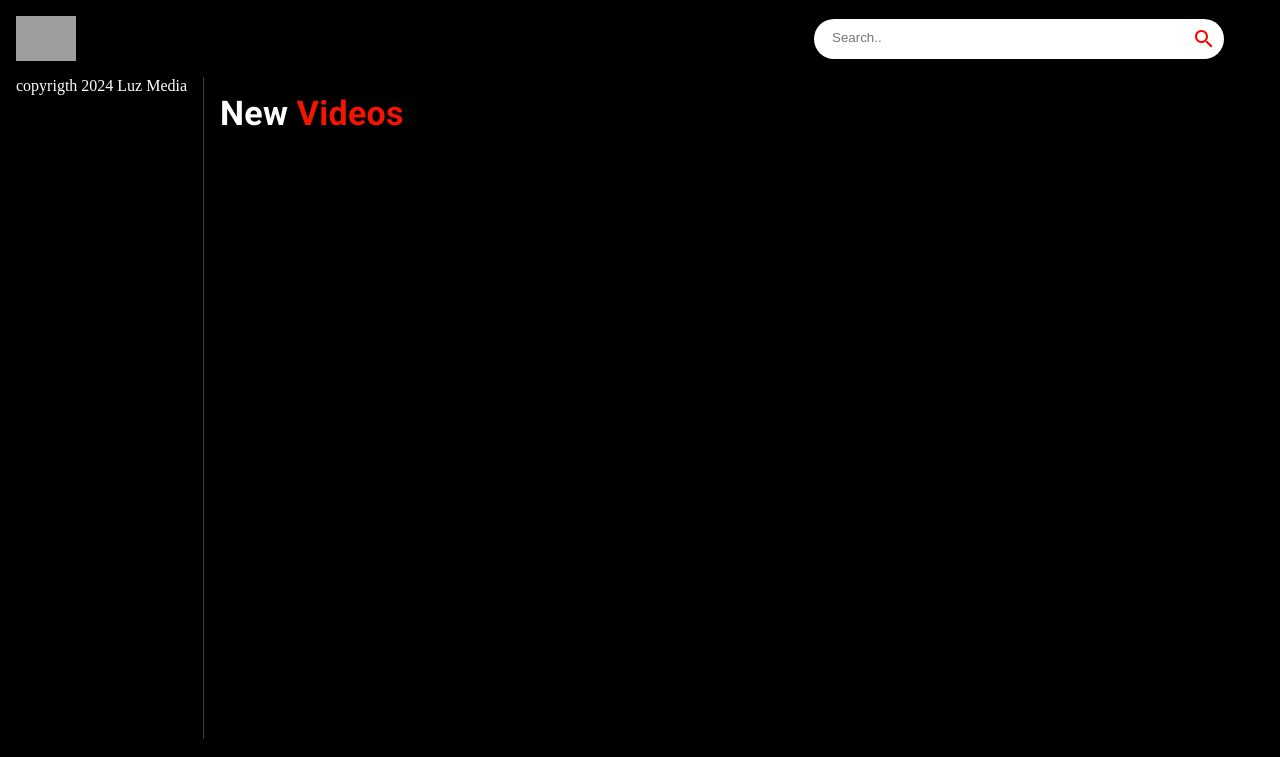
Repository: Arteinsana7/youtube_clone
Page: /
The author's editor kept a copy of each file at every save. The page is drawn from the files as they stood at one save, then again after the next save.
The browser window is 1280 px wide. The pictures show the whole page.
Pictures or frames that could not be fetched are drawn as grey boxes. The page's requests for data from a server got no answer. The project was rebuilt for these pictures with package versions that can differ from the ones it lists, and the page was loaded fresh each time. No one was signed in, and anything a server would have sent is missing. Also part of the build but not shown: src/components/ChannelDetail.jsx, src/components/SearchFeed.jsx, src/components/VideoDetail.jsx.

Above is the page before, as saved 2024-06-04 14:36:16.

### public/index.html
<!DOCTYPE html>
<html lang="en">
  <head>
    <meta charset="utf-8" />
    <link rel="icon" href="%PUBLIC_URL%/favicon.ico" />
    <meta name="viewport" content="width=device-width, initial-scale=1" />
    <meta name="theme-color" content="#000000" />
    <meta
      name="description" content="Web site created using create-react-app"
    />
    <link rel="apple-touch-icon" href="%PUBLIC_URL%/logo192.png" />
    <link rel="manifest" href="%PUBLIC_URL%/manifest.json" />
    <link rel="preconnect" href="https://fonts.googleapis.com" />
    <link rel="preconnect" href="https://fonts.gstatic.com" crossorigin />
    <link
      rel="stylesheet"
      href="https://fonts.googleapis.com/css2?family=Roboto:wght@300;400;500;700&display=swap"
    />
    <link
  rel="stylesheet"
  href="https://fonts.googleapis.com/icon?family=Material+Icons"
/>
    <title>React App</title>
  </head>
  <body>
    <noscript>You need to enable JavaScript to run this app.</noscript>
    <div id="root"></div>
  </body>
</html>

### src/App.js
import { BrowserRouter, Routes, Route } from "react-router-dom";
import { Box } from "@mui/material";

import {
  Navbar,
  Feed,
  VideoDetail,
  ChannelDetail,
  SearchFeed,
} from "./components";

const App = () => (
  <BrowserRouter>
    <Box sx={{ backgroundColor: "#000" }}>
      <Navbar />
      <Routes>
        <Route path="/" exact element={<Feed />} />
        <Route path="/video / :id" element={<VideoDetail />} />
        <Route path="/channel / :id" element={<ChannelDetail />} />
        <Route path="/search / :searchTerm" element={<SearchFeed />} />
      </Routes>
    </Box>
  </BrowserRouter>
);

export default App;

### src/components/index.js
export { default as Navbar } from "./Navbar";
export { default as Feed } from "./Feed";
export { default as ChannelDetail } from "./ChannelDetail";
export { default as SearchFeed } from "./SearchFeed";
export { default as VideoDetail } from "./VideoDetail";
export { default as SearchBar } from "./SearchBar";
export { default as SideBar } from "./SideBar";
export { default as Videos } from "./Videos";

### src/components/Navbar.jsx
import { Stack } from '@mui/material';
import { Link } from 'react-router-dom';
import { logo } from '../utils/constants';
import  SearchBar from './SearchBar';
import  SideBar from './SideBar';


const Navbar = () => (
<Stack direction= "row"
alignItems="center"
p={2}
sx= {{ position:'sticky',background : '#000',top :0, justifyContent:'space-between' }}>
<Link to= "/" style={{display: 'flex', alignItems: 'center'}}>
    <img src={logo} alt="logo" height={45} />
    </Link>
    <SearchBar/>
</Stack>
  )


export default Navbar

### src/components/Feed.jsx
import { useState, useEffect} from 'react';
import { Box, Stack, Typography  } from '@mui/material';
import {SideBar, Videos} from './'

import { fetchFromAPI } from '../utils/fetchFromAPI';



const Feed = () => {
const [selectedCategory, setSelectedCategory] = useState
('New');

  useEffect(() => {

    fetchFromAPI(`search?part=snippet&q=${selectedCategory}`);
  }, [selectedCategory]);
  return (
    <Stack
    sx={{ flexDirection: {sx:"column", md:"row" } }} >
      <Box sx={{ height: {sx: 'auto',md:'92vh'}, borderRight:'1px solid #3d3d3d', px:{sx:0, md:2}}}>
        <SideBar
        selectedCategory = {selectedCategory} setSelectedCategory={setSelectedCategory}
        />
        <Typography className='copyrigth'
        variant='body 2' sx={{mt:1.5, color:'#fff'}}>
          copyrigth 2024 Luz Media
        </Typography>
        </Box>
<Box p={2} sx={{ overflowY : 'auto', height: '90vh',flex : 2}}>
  <Typography variant='h4' fontWeight= 'bold' mb= {2} sx={{color : 'white'}}>
    New <span style={{color : '#F31503' }}>
      Videos
    </span>
  </Typography>
  <Videos videos= {[]} />
</Box>

    </Stack>
  )
}

export default Feed

### src/components/SearchBar.jsx

import { useState } from 'react';
import { useNavigate } from 'react-router-dom';
import { Paper, IconButton } from '@mui/material';
import { Search  } from '@mui/icons-material';

import React from 'react'

const SearchBar = () => {
  return (
    <Paper
    component="form"
    onSubmit={() => {}}
    sx={{
        borderRadius:20,
        border: '1 px solid #e3e3e3',
        pl:2,
        boxShadow : 'none',
        mr : {sm: 5}
    }}
    >
      <input
      className="search-bar"
      placeholder='Search..'
      value=""
      onChange={()=> {} }
      />
      <IconButton type="submit"
      sx={{p:'10 px', color: 'red'}}>
      <Search />
      </IconButton>
    </Paper>
  )
}

export default SearchBar

### src/components/SideBar.jsx
import { Stack } from'@mui/material'
import { categories} from '../utils/constants';
const selectedCategory = 'New';

const SideBar = ({ selectedCategory,setSelectedCategory}) => {
    <Stack
      direction="row"
      sx={{
        overflowY: "auto",
        height : { sx: 'auto', md : '95%'},
        flexDirection : { md: 'column'},
      }}

      >
        {categories.map((category) => (
          <button
          className='category-btn'
          style={{background: category.name ===
            selectedCategory && '#FC150403',
          color : 'white' }}
          key = {category.name}
          >
            <span style={{color: category.name
              === selectedCategory ? 'white' : 'red', marginRight : '15px' }}>{categories.icon}</span>
            <span style={{opacity: category.name === selectedCategory ? '1' : '0.8'}}

            >{categories.name}</span>
          </button>
        ))}
    </Stack>

}

export default SideBar

### src/components/Videos.jsx
import React from 'react'

const Videos = () => {
  return (
    <div>

    </div>
  )
}

export default Videos

### src/utils/constants.js
import MusicNoteIcon from "@mui/icons-material/MusicNote";
import HomeIcon from "@mui/icons-material/Home";
import CodeIcon from "@mui/icons-material/Code";
import OndemandVideoIcon from "@mui/icons-material/OndemandVideo";
import SportsEsportsIcon from "@mui/icons-material/SportsEsports";
import LiveTvIcon from "@mui/icons-material/LiveTv";
import SchoolIcon from "@mui/icons-material/School";
import FaceRetouchingNaturalIcon from "@mui/icons-material/FaceRetouchingNatural";
import CheckroomIcon from "@mui/icons-material/Checkroom";
import GraphicEqIcon from "@mui/icons-material/GraphicEq";
import TheaterComedyIcon from "@mui/icons-material/TheaterComedy";
import FitnessCenterIcon from "@mui/icons-material/FitnessCenter";
import DeveloperModeIcon from "@mui/icons-material/DeveloperMode";

export const logo = "https://i.ibb.co/s9Qys2j/logo.png";

export const categories = [
  { name: "New", icon: <HomeIcon /> },
  { name: "JS Mastery", icon: <CodeIcon /> },
  { name: "Coding", icon: <CodeIcon /> },
  { name: "ReactJS", icon: <CodeIcon /> },
  { name: "NextJS", icon: <CodeIcon /> },
  { name: "Music", icon: <MusicNoteIcon /> },
  { name: "Education", icon: <SchoolIcon /> },
  { name: "Podcast", icon: <GraphicEqIcon /> },
  { name: "Movie", icon: <OndemandVideoIcon /> },
  { name: "Gaming", icon: <SportsEsportsIcon /> },
  { name: "Live", icon: <LiveTvIcon /> },
  { name: "Sport", icon: <FitnessCenterIcon /> },
  { name: "Fashion", icon: <CheckroomIcon /> },
  { name: "Beauty", icon: <FaceRetouchingNaturalIcon /> },
  { name: "Comedy", icon: <TheaterComedyIcon /> },
  { name: "Gym", icon: <FitnessCenterIcon /> },
  { name: "Crypto", icon: <DeveloperModeIcon /> },
];

export const demoThumbnailUrl = "https://i.ibb.co/G2L2Gwp/API-Course.png";
export const demoChannelUrl = "/channel/UCmXmlB4-HJytD7wek0Uo97A";
export const demoVideoUrl = "/video/GDa8kZLNhJ4";
export const demoChannelTitle = "JavaScript Mastery";
export const demoVideoTitle =
  "Build and Deploy 5 JavaScript & React API Projects in 10 Hours - Full Course | RapidAPI";
export const demoProfilePicture =
  "http://dergipark.org.tr/assets/app/images/buddy_sample.png";

### src/utils/fetchFromAPI.js
import axios from "axios";

const BASE_URL =
  "https://youtube-v38.p.rapidapi.com/search/?q=despacito&hl=en&gl=US";

const options = {
  params: {
    maxresults: "50",
  },

  headers: {
    "x-rapidapi-key": process.env.REACT_APP_RAPID_KEY,
    "x-rapidapi-host": "youtube-v38.p.rapidapi.com",
  },
};

export const fetchFromAPI = async (url) => {
  const { data } = await axios.get(`${BASE_URL}/${url}`, options);
  return data;
};

Loaded but not shown: src/index.js (common file); src/index.css (common file)

After the next save:
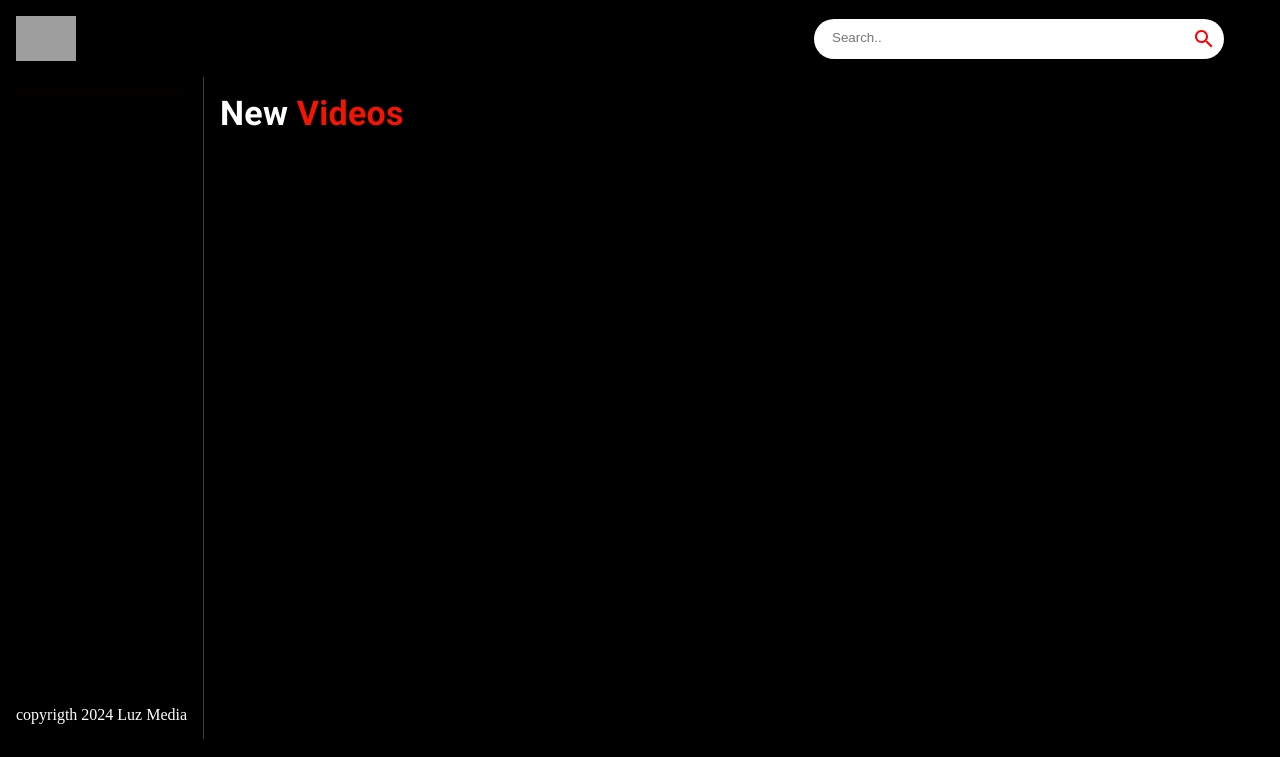
Saved 22 s later.
--- a/src/components/SideBar.jsx
+++ b/src/components/SideBar.jsx
@@ -2,7 +2,7 @@ import { Stack } from'@mui/material'
 import { categories} from '../utils/constants';
 const selectedCategory = 'New';
 
-const SideBar = ({ selectedCategory,setSelectedCategory}) => {
+const SideBar = ({ selectedCategory,setSelectedCategory}) => (
     <Stack
       direction="row"
       sx={{
@@ -29,6 +29,6 @@ const SideBar = ({ selectedCategory,setSelectedCategory}) => {
         ))}
     </Stack>
 
-}
+      )
 
 export default SideBar
